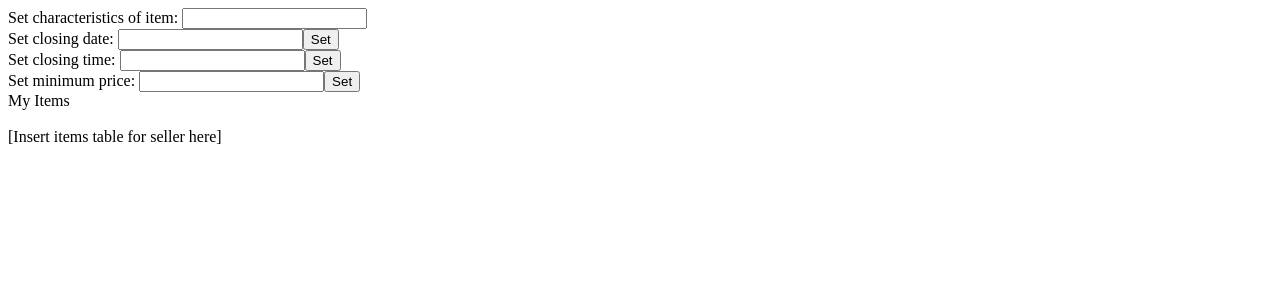
Repository: divergentArrow/Databases
Page: http://localhost/cs336project/seller.jsp
The author's editor kept a copy of each file at every save. The page is drawn from the files as they stood at one save, then again after the next save.
The browser window is 1280 px wide. The pictures show the whole page.
The page is served by Tomcat 9. Other server files are loaded and not shown.

Above is the page before, as saved 2019-04-14 20:47:57.

### cs336project/WebContent/seller.jsp
<%@ page language="java" contentType="text/html; charset=ISO-8859-1"
    pageEncoding="ISO-8859-1"%>
<!DOCTYPE html>
<html>

<head>
<meta charset="ISO-8859-1">
<title>Sell</title>
</head>

<body>
	<div>
		Set characteristics of item: <input type="text" name="item"><br>
		Set closing date: <input type="text" id="cdate"><button type="button" id="setDateButton">Set</button><br>
		Set closing time: <input type="text" id="ctime"><button type="button" id="setTimeButton">Set</button><br>
		Set minimum price: <input type="text" id="minPrice"><button type="button" id="setMinPriceButton">Set</button><br>
	</div>
	<div>
		My Items
		<br></br>
		[Insert items table for seller here]
		<%--<%= cs336project.Seller.test() %>--%>
	</div>
</body>

</html>

After the next save:
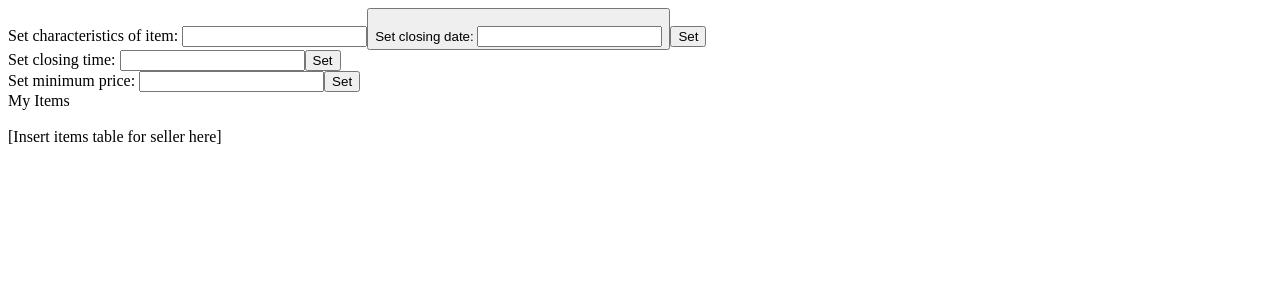
Saved 52 s later.
--- a/cs336project/WebContent/seller.jsp
+++ b/cs336project/WebContent/seller.jsp
@@ -10,7 +10,7 @@
 
 <body>
 	<div>
-		Set characteristics of item: <input type="text" name="item"><br>
+		Set characteristics of item: <input type="text" name="item"><button type="button" id="setCharacteristicsButton"><br>
 		Set closing date: <input type="text" id="cdate"><button type="button" id="setDateButton">Set</button><br>
 		Set closing time: <input type="text" id="ctime"><button type="button" id="setTimeButton">Set</button><br>
 		Set minimum price: <input type="text" id="minPrice"><button type="button" id="setMinPriceButton">Set</button><br>
